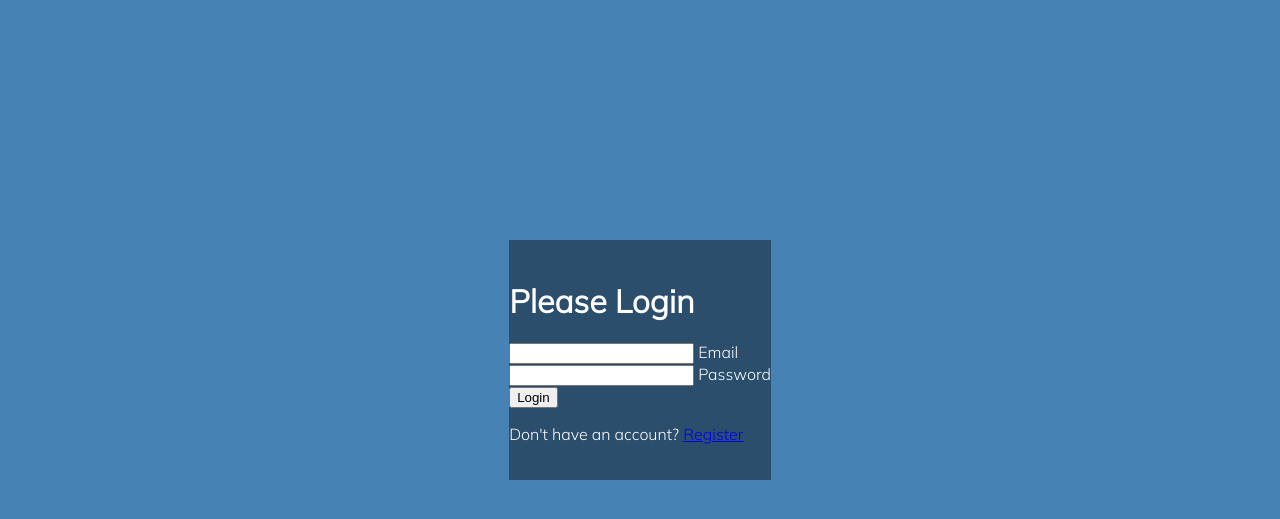
Repository: Berkan71/js-example-little-projects
Page: form-input-wave/index.html
These files come from the project's save history. The page is drawn as it stood at one moment and after the next save; the edit follows.
The browser window is 1280 px wide. The pictures show the whole page.

Above is the page before, as saved 2022-07-27 21:23:55.

### form-input-wave/index.html
<!DOCTYPE html>
<html lang="en">
<head>
    <meta charset="UTF-8">
    <meta http-equiv="X-UA-Compatible" content="IE=edge">
    <meta name="viewport" content="width=device-width, initial-scale=1.0">

    <link rel="stylesheet" href="style.css">
    <title>Form Input Wave</title>
</head>
<body>
    <div class="container">
        <h1>Please Login</h1>
        <form>
            <div class="form-control">
                <input type="text" required>
                <label>Email</label>
            </div>
            <div class="form-control">
                <input type="password" required>
                <label>Password</label>
            </div>

            <button class="btn">Login</button>

            <p class="text">Don't have an account? <a href="#">Register</a></p>
        </form>
    </div>

    <script src="script.js"></script>
</body>
</html>

### form-input-wave/style.css
@import url('https://fonts.googleapis.com/css2?family=Mulish:wght@300&display=swap');

* {
    box-sizing: border-box;
}

body {
    background-color: steelblue;
    color: #fff;
    font-family: 'Mulish', sans-serif;
    display: flex;
    flex-direction: column;
    align-items: center;
    justify-content: center;
    height: 100vh;
    overflow: hidden;
    margin: 0;
}

.container {
    background-color: rgba(0, 0, 0, 0.4);
    padding: 20px 0px;
}

Loaded but not shown: form-input-wave/script.js (no stored copy; drawn as an empty file)

After the next save:
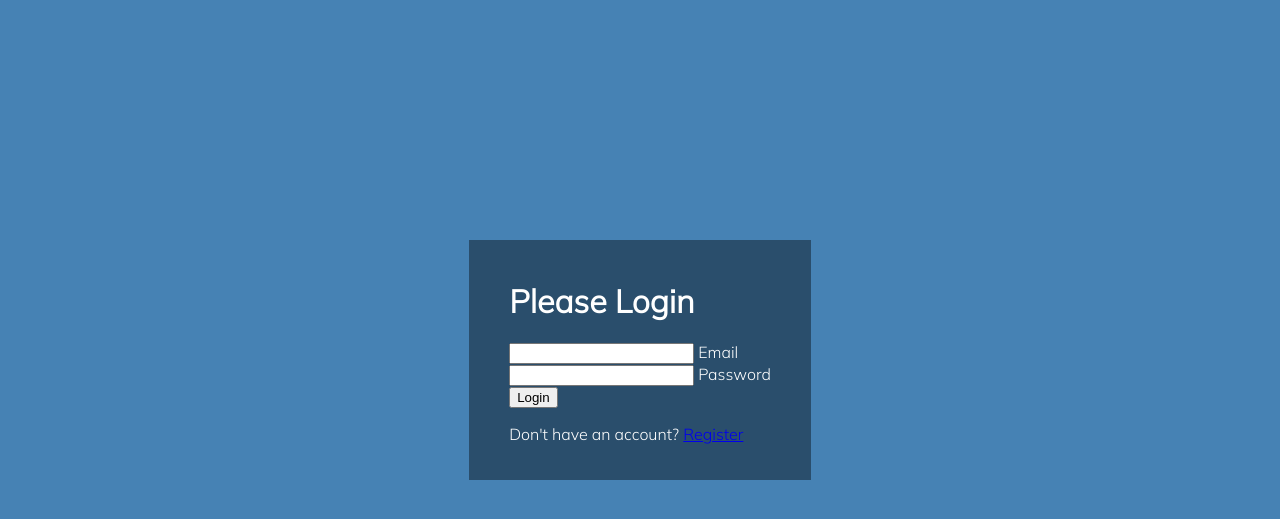
Saved 5 s later.
--- a/form-input-wave/style.css
+++ b/form-input-wave/style.css
@@ -19,5 +19,5 @@ body {
 
 .container {
     background-color: rgba(0, 0, 0, 0.4);
-    padding: 20px 0px;
+    padding: 20px 40px;
 }
